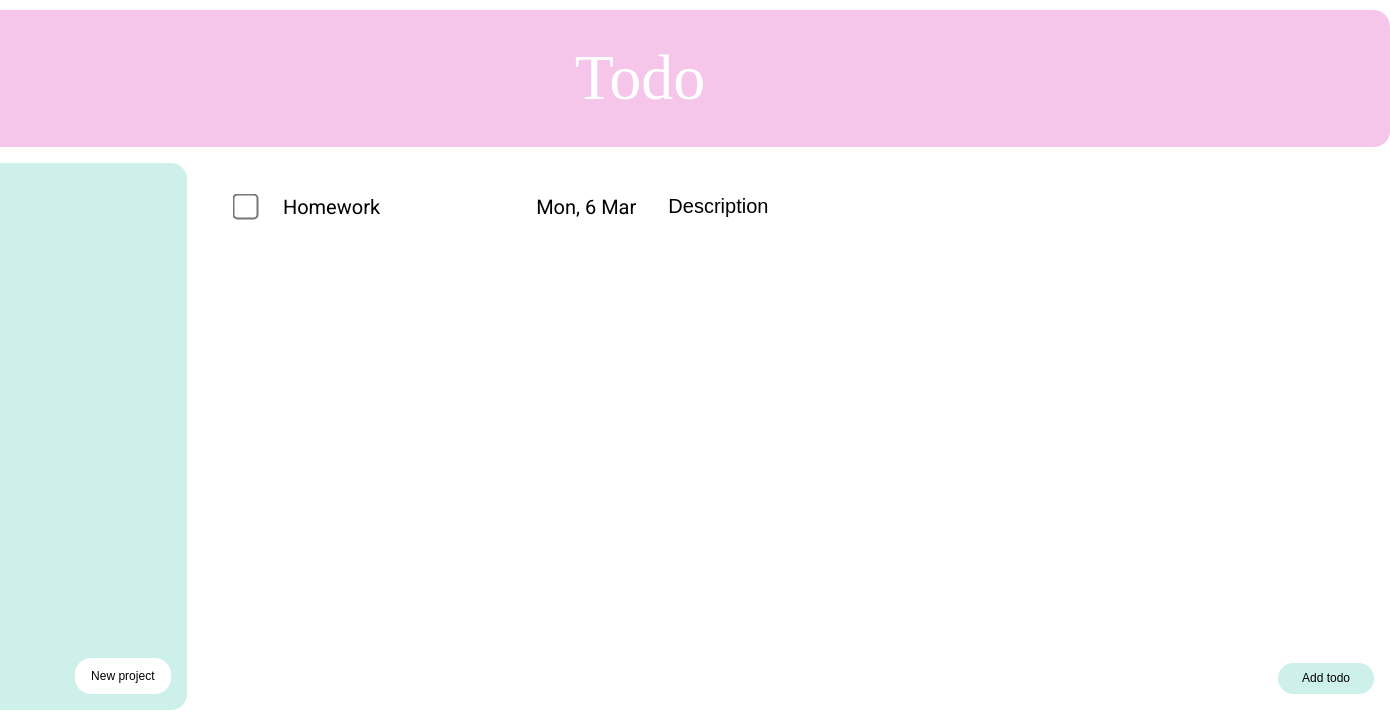
Repository: yeetzpxoci/todo-list
Page: dist/index.html
An editor plug-in stored every save of this project. The page is shown before and after the next save, followed by the edit.
The browser window is 1280 px wide. The page is 1390 px wide, so the pictures cover 1390 px, including what lies to the right of the window. The pictures show the whole page.
Some web fonts or font styles are not loaded; a fallback is used.

Above is the page before, as saved 2023-03-07 17:20:12.
Console error: ReferenceError: projectNameSubmit is not defined

### dist/index.html
<!DOCTYPE html>
<html lang="en">
<head>
    <meta charset="UTF-8">
    <meta http-equiv="X-UA-Compatible" content="IE=edge">
    <meta name="viewport" content="width=device-width, initial-scale=1.0">
    <title>Todo List</title>
    <link rel="stylesheet" href="styles.css">
    <link rel="preconnect" href="https://fonts.googleapis.com">
    <link rel="preconnect" href="https://fonts.gstatic.com" crossorigin>
    <link href="https://fonts.googleapis.com/css2?family=Tilt+Warp&display=swap" rel="stylesheet">
    <link href="https://fonts.googleapis.com/css2?family=Roboto&family=Tilt+Warp&display=swap" rel="stylesheet">
</head>
<body>

<script src="main.js"></script>
</body>
</html>

### dist/styles.css
body, html {
    margin:0;
    padding: 0;
}

body {
    min-height: 100vh;
    display: flex;
    flex-direction: column;
    justify-content: center;
    align-items: center;
    font-family: 'Roboto';
    background-color: white;
}

p {
    margin: 0;
    padding: 0;
}

#content {
    width: 1500px;
    height: 700px;
    display: grid;
    grid-template-columns: 1fr 4fr;
    grid-template-rows: 1fr 4fr;
    background-color: white;
    z-index: 0;
    overflow: hidden;
    border-radius: 16px;
    gap: 16px;
}

#header {
    display: flex;
    justify-content: center;
    align-items: center;
    background-color: #F6C6EA;
    font-size: 64px;
    font-family: 'Tilt Warp', cursive;
    grid-column: 1 / 3;
    grid-row: 1 / 2;
    z-index: 1;
    border-radius: 16px;
}

#header p {
    margin: 24px;
    padding: 0;
    color: white;
}

#sidebar {
    display: flex;
    flex-direction: column;
    background-color: #CDF0EA   ;
    grid-column: 1 / 2;
    grid-row: 2 / 3;
    z-index: -1;
    padding-left: 24px;
    padding-top: 24px;
    border-radius: 16px;
}

#projects-div {
    display: flex;
    flex-direction: column;
    width: 100%;
}

#add-project {
    align-self: flex-end;
    border-radius: 16px;
    border-width: 0;
    height: 36px;
    width: 96px;
    font-size: 12px;
    margin-top: auto;
    margin-right: 16px;
    margin-bottom: 16px;
    background-color: white;
    cursor: pointer;
}

#add-todo {
    align-self: flex-end;
    border-radius: 16px;
    border-width: 0;
    height: 36px;
    width: 96px;
    font-size: 12px;
    margin-top: auto;
    margin-bottom: 16px;
    margin-right: 16px;
    background-color: #CDF0EA;
    cursor: pointer;
}

.project-name {
    font-size: 32px;
    font-weight: bold;
    cursor: pointer;
}

#todos-wrapper {
    display: flex;
    flex-direction: column;
    gap: 16px;
    background-color: white;
    border-radius: 16px;
}

#todos {
    height: 100%;
    display: grid;
    grid-template-columns: 1fr 1fr;
    grid-auto-rows: 20%;
    column-gap: 16px;
    padding-left: 16px;
    padding-right: 16px;
    margin-top: 16px;
    overflow: scroll;
}

.todo, .todo-high, .todo-medium, .todo-low {
    display: flex;
    justify-content: space-between;
    align-items: center;
    height: 60%;
    border-radius: 16px;
    padding-left: 16px;
    padding-right: 16px;
    font-size: 20px;
}

.todo-high {
    background-color: #FFCBCB;
}

.todo-medium {
    background-color: #FFFDDE;
}

.todo-low {
    background-color: #E7FBBE;
}

.due {
    padding-left: 128px;
}

.checkbox {
    transform: scale(2);
}

.description {
    background-color: #caf1ff;
    border-radius: 16px;
    border-width: 0px;
    font-size: 20px;
    padding: 4px;
    cursor: pointer;
    background-color: transparent;
}

#description-div {
    display: none;
    flex-direction: column;
    flex-wrap: wrap;
    background-color: #F9F9F9;
    width: 25%;
    height: 40%;
    border-radius: 16px;
    padding: 16px;
    position: absolute;
    margin-left: auto;
    margin-right: auto;
    left: 0;
    right: 0;
    z-index: 2;
    box-shadow: 0 0 0 1600px rgba(0, 0, 0, 0.65);
}

#description-text {
    justify-content: baseline;
}

#close-button {
    margin-top: -8px;
    margin-right: -8px;
    font-weight: bold;
    width: 24px;
    height: 24px;
    align-self: flex-end;
    background-color: transparent;
    border: transparent;
    cursor: pointer;
}

#new-project-form {
    display: none;
    flex-direction: column;
    align-items: center;
    gap: 8px;
    flex-wrap: wrap;
    background-color: #F9F9F9;
    width: 20%;
    height: 10%;
    border-radius: 16px;
    padding: 16px;
    position: absolute;
    margin-left: auto;
    margin-right: auto;
    left: 0;
    right: 0;
    top: 256px;
    z-index: 2;
    box-shadow: 0 0 0 1600px rgba(0, 0, 0, 0.65);
}

#new-todo-form {
    display: none;
    flex-direction: column;
    align-items: center;
    gap: 8px;
    flex-wrap: wrap;
    background-color: #F9F9F9;
    width: 20%;
    height: 20%;
    border-radius: 16px;
    padding: 16px;
    position: absolute;
    margin-left: auto;
    margin-right: auto;
    left: 0;
    right: 0;
    top: 256px;
    z-index: 2;
    box-shadow: 0 0 0 1600px rgba(0, 0, 0, 0.65);
}

### dist/main.js
(()=>{"use strict";let e=[];function t(e){return{name:e,todos:[]}}let n=t("Default");function o(){for(let e=0;e<projects.length;e++){const t=document.createElement("p");t.className="project-name",t.innerHTML=projects[e].name,sidebarDiv.append(t)}}function c(){sidebarDiv.innerHTML=""}n.todos.push({title:"Homework",description:"Networks and Security bTCP Homework",dueDate:"Mon, 6 Mar",priority:"High"}),e.push(n),function(e){const t=document.createElement("div");t.id="content";const n=document.createElement("div");n.id="header";const d=document.createElement("p");d.innerHTML="Todo",n.append(d);const i=document.createElement("div");i.id="sidebar";const a=document.createElement("button");a.id="add-project",a.innerHTML="New project",a.addEventListener("click",(function(){document.getElementById("new-project-form").style.display="flex"})),i.append(a);const s=document.createElement("div");s.id="todos-wrapper";const r=document.createElement("div");r.id="todos";const m=document.createElement("button");m.id="add-todo",m.innerHTML="Add todo",s.append(r,m);const l=document.createElement("button");l.id="close-button",l.innerHTML="X",l.addEventListener("click",(function(){this.parentElement.style.display="none"}));for(let t=0;t<e[0].todos.length;t++){const n=document.createElement("div");n.className="todo";const o=document.createElement("input");o.className="checkbox",o.type="checkbox";const c=document.createElement("p");c.innerHTML=e[0].todos[t].title,c.className="todo-name";const d=document.createElement("p");d.innerHTML=e[0].todos[t].dueDate,d.className="due";const i=document.createElement("p");i.id="description-text",i.innerHTML=e[0].todos[t].description;const a=l.cloneNode(!0);a.addEventListener("click",(function(){this.parentElement.style.display="none"}));const s=document.createElement("div");s.id="description-div",s.append(a,i);const m=document.createElement("button");m.innerHTML="Description",m.className="description",m.addEventListener("click",(function(){this.previousElementSibling.style.display="flex"})),n.append(o,c,d,s,m),r.append(n)}const p=document.createElement("form");p.id="new-project-form",p.onsubmit=function(e){e.preventDefault()};const u=document.createElement("input");u.id="project-name-input",u.type="text",u.placeholder="Project name";const E=document.createElement("input");E.type="submit",E.value="Add project",E.addEventListener("click",(function(){c(),o(),this.parentElement.style.display="none"})),p.append(l,u,E),t.append(n,i,s,p),document.body.appendChild(t)}(e),projectNameSubmit.addEventListener("click",(function(){!function(n){let o=t(document.getElementById("project-name-input").value);e.push(o)}(),sidebarDiv.innerHTML="",function(){for(let t=0;t<e.length;t++){const n=document.createElement("p");n.className="project-name",n.innerHTML=e[t].name,sidebarDiv.append(n)}}(),this.parentElement.style.display="none"}))})();

After the next save:
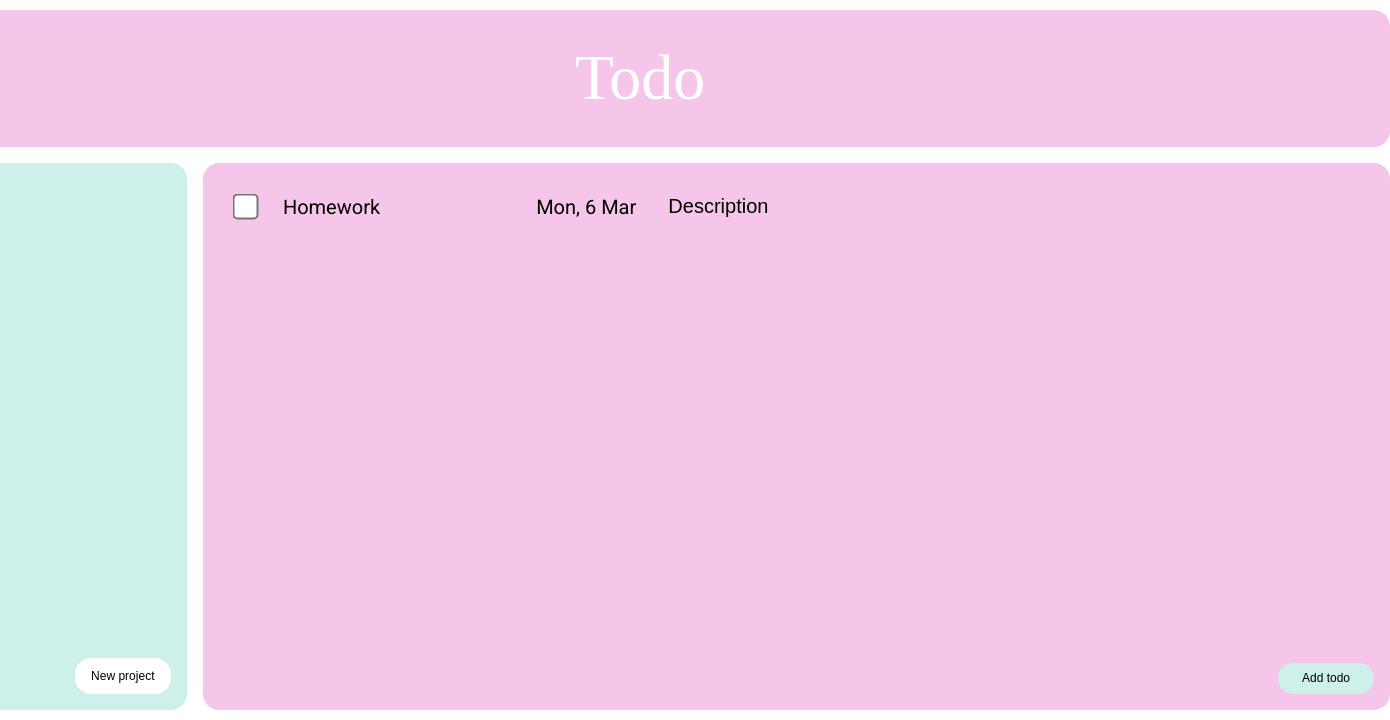
Saved 14 s later.
--- a/dist/styles.css
+++ b/dist/styles.css
@@ -106,7 +106,7 @@ p {
     display: flex;
     flex-direction: column;
     gap: 16px;
-    background-color: white;
+    background-color: #F6C6EA;
     border-radius: 16px;
 }
 
